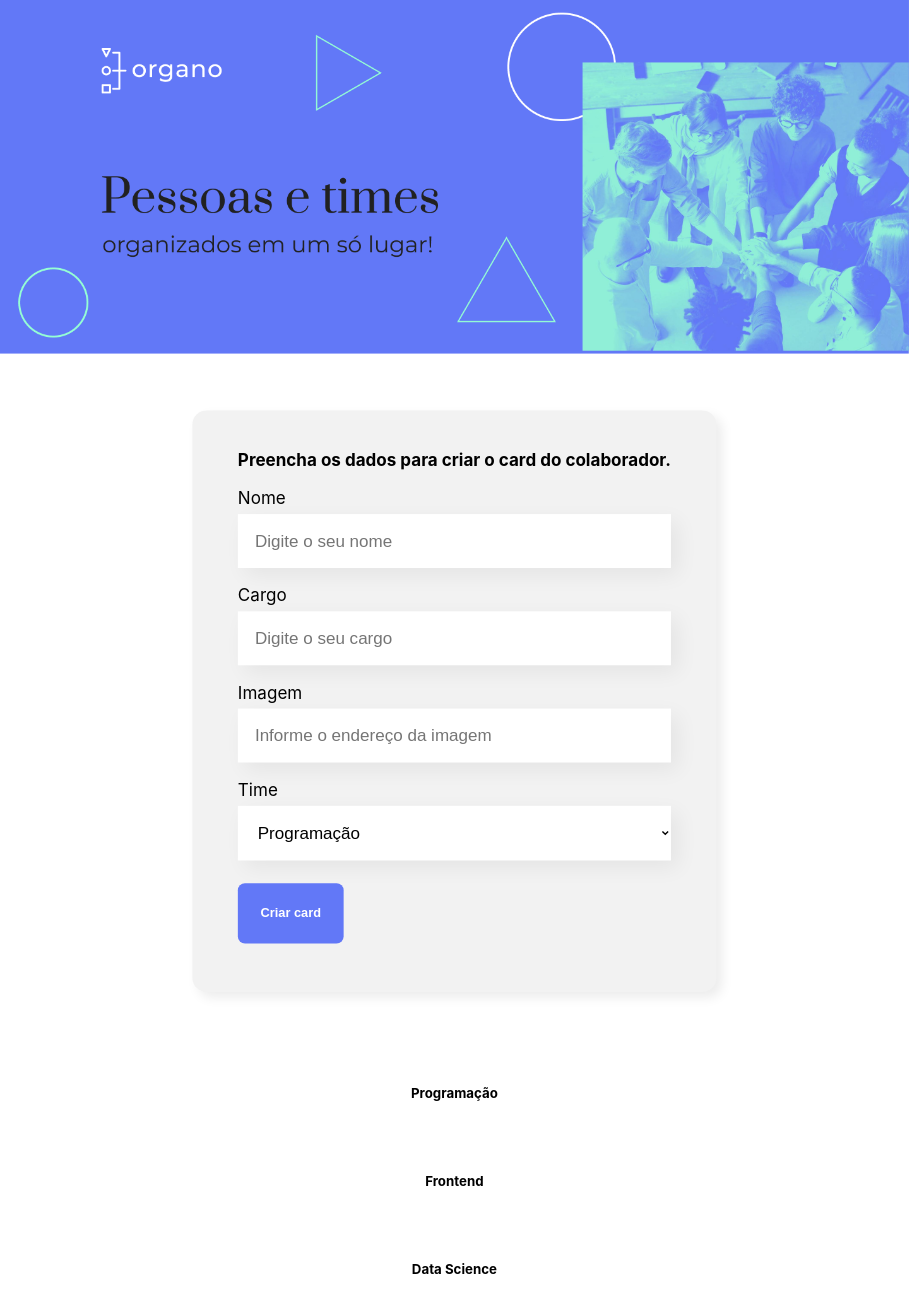
Repository: devMuriloOliveira/organo
Page: /
The author's editor kept a copy of each file at every save. The page is drawn from the files as they stood at one save, then again after the next save.
The browser window is 1280 px wide. The pictures show the whole page, at 71% of full size.
The project was rebuilt for these pictures with package versions that can differ from the ones it lists, and the page was loaded fresh each time.

Above is the page before, as saved 2023-01-13 15:02:39.

### src/App.js

import { useState } from 'react'
import Banner from './componentes/Banner/Banner'
import Formulario from './componentes/Formulario'
import Time from './componentes/Time'


function App() {

  const [colaboradores, setColaboradores] = useState([])

  const aoNovoColaboradorAdicionado = (colaborador) => {
    console.log(colaborador)
    setColaboradores([...colaboradores, colaborador])
  }

  return (
    <div className="App">
      <Banner/>
      <Formulario aoColaboradorCadastrado={colaborador => aoNovoColaboradorAdicionado(colaborador)} />
      <Time nome="Programação"/>
      <Time nome="Frontend"/>
      <Time nome="Data Science"/>



    </div>
  )
}

export default App

### src/componentes/Banner/Banner.js
import './Banner.css'

function Banner() {
  return (
    <header className="banner">
      <img src="/imagens/banner.png" alt="O banner principal da pagina Organo"/>
    </header>


    )

}

export default Banner

### src/componentes/Formulario/index.js
import { useState } from 'react'
import Botao from '../Botao'
import CampoTexto from '../CampoTexto'
import ListaSuspensa from '../ListaSuspensa'
import './Formulario.css'

const Formulario = (props) =>{

    const times = [
      'Programação',
      'Front-End',
      'Data Science',
      'Devops',
      'UX e Design',
      'Mobile',
      'Inovação e Gestão'
    ]

    const [nome, setNome] = useState('')
    const [cargo, setCargo] = useState('')
    const [imagem, setImagem] = useState('')
    const [time, setTime] = useState('')



    const aoSalvar = (evento) => {
      evento.preventDefault()
      props.aoColaboradorCadastrado({
        nome,
        cargo,
        imagem,
        time
      })
    }

  return(

    <section className='formulario'>
      <form onSubmit={aoSalvar}>
        <h2>Preencha os dados para criar o card do colaborador.</h2>
      <CampoTexto
      obrigatorio={true}
      label="Nome"
      placeholder="Digite o seu nome"
      valor={nome}
      aoAuterado={valor => setNome(valor)}/>

      <CampoTexto
      obrigatorio={true}
      label="Cargo"
      placeholder="Digite o seu cargo"
      valor={cargo}
      aoAuterado={valor => setCargo(valor)}/>

      <CampoTexto
       label="Imagem"
       placeholder="Informe o endereço da imagem"
       valor={imagem}
       aoAuterado={valor => setImagem(valor)}/>
      <ListaSuspensa
      obrigatorio={true}
      label="Time"
       itens={times}
       valor={time}
       aoAuterado={valor => setTime(valor)}/>
      <Botao>
        Criar card
      </Botao>
      </form>
    </section>
  )
}

export default Formulario

### src/componentes/Time/index.js
import './Time.css'

const Time = (props) => {
  return(
    <section className='time'>
      <h3>{props.nome}</h3>
    </section>
  )
}

export default Time

### src/componentes/Banner/Banner.css
.banner {
  background-color: #6278F7;
  text-align: center;
}

.banner img {
  max-width: 100%;
}

### src/componentes/Botao/index.js
import './Botao.css'

const Botao = (props) =>{
  return(
      <button className='botao'>
        {props.children}
      </button>
  )
}

export default Botao

### src/componentes/CampoTexto/index.js
import './CampoTexto.css'

const CampoTexto = (props) =>{



  const aiDigitado = (evento) =>{
  props.aoAuterado(evento.target.value)
}

  return(
    <div className="campo-texto">
      <label>{props.label}</label>
      <input value={props.valor} onChange={aiDigitado} required={props.obrigatorio} placeholder={props.placeholder}/>
    </div>
  )
}

export default CampoTexto

### src/componentes/ListaSuspensa/index.js
import './ListaSuspensa.css'

const ListaSuspensa = (props) => {
  return(
    <div className='lista-suspensa'>
        <label>{props.label}</label>
        <select onChange={evento => props.aoAuterado(evento.target.value)} required={props.required} value={props.value}>
          {props.itens.map(item => {
            return <option key={item}>{item}</option>
          })}
        </select>
    </div>
  )
}

export default ListaSuspensa

### src/componentes/Formulario/Formulario.css
.formulario {
  display: flex;
  justify-content: center;
  margin: 80px 0;
}

.formulario form {
  max-width: 80%;
  background-color: #f2f2f2;
  border-radius: 20px;
  padding: 36px 64px;
  box-shadow: 8px 8px 16px rgba(0, 0, 0, 0.08);
}

### src/componentes/Time/Time.css
.time {
  text-align: center;
  padding: 32px;
}

### src/componentes/Botao/Botao.css
.botao {
  background-color: #6278F7;
  border-radius: 10px;
  font-weight: 700;
  font-size: 18px;
  padding: 32px;
  border: none;
  cursor: pointer;
  color: #fff;
  margin: 32px 0;
}

.botao:hover {
  color: #95ffd4;
}

### src/componentes/CampoTexto/CampoTexto.css
.campo-texto {
  margin: 24px 0;
}

.campo-texto label {
  display: block;
  margin-bottom: 8px;
  font-size: 24px;
}

.campo-texto input {
  background-color: #fff;
  box-shadow: 10px 10px 30px rgba(0, 0, 0, 0.06);
  width: 100%;
  border: none;
  font-size: 24px;
  padding: 24px;
  box-sizing: border-box;
}

### src/componentes/ListaSuspensa/ListaSuspensa.css
.lista-suspensa label {
  display: block;
  margin-bottom: 8px;
  font-size: 24px;
}

.lista-suspensa select {
  background-color: #fff;
  box-shadow: 10px 10px 30px rgba(0, 0, 0, 0.06);
  width: 100%;
  border: none;
  font-size: 24px;
  padding: 24px;
  box-sizing: border-box;
}

Loaded but not shown: public/index.html (common file); src/index.js (common file); src/index.css (common file)

After the next save:
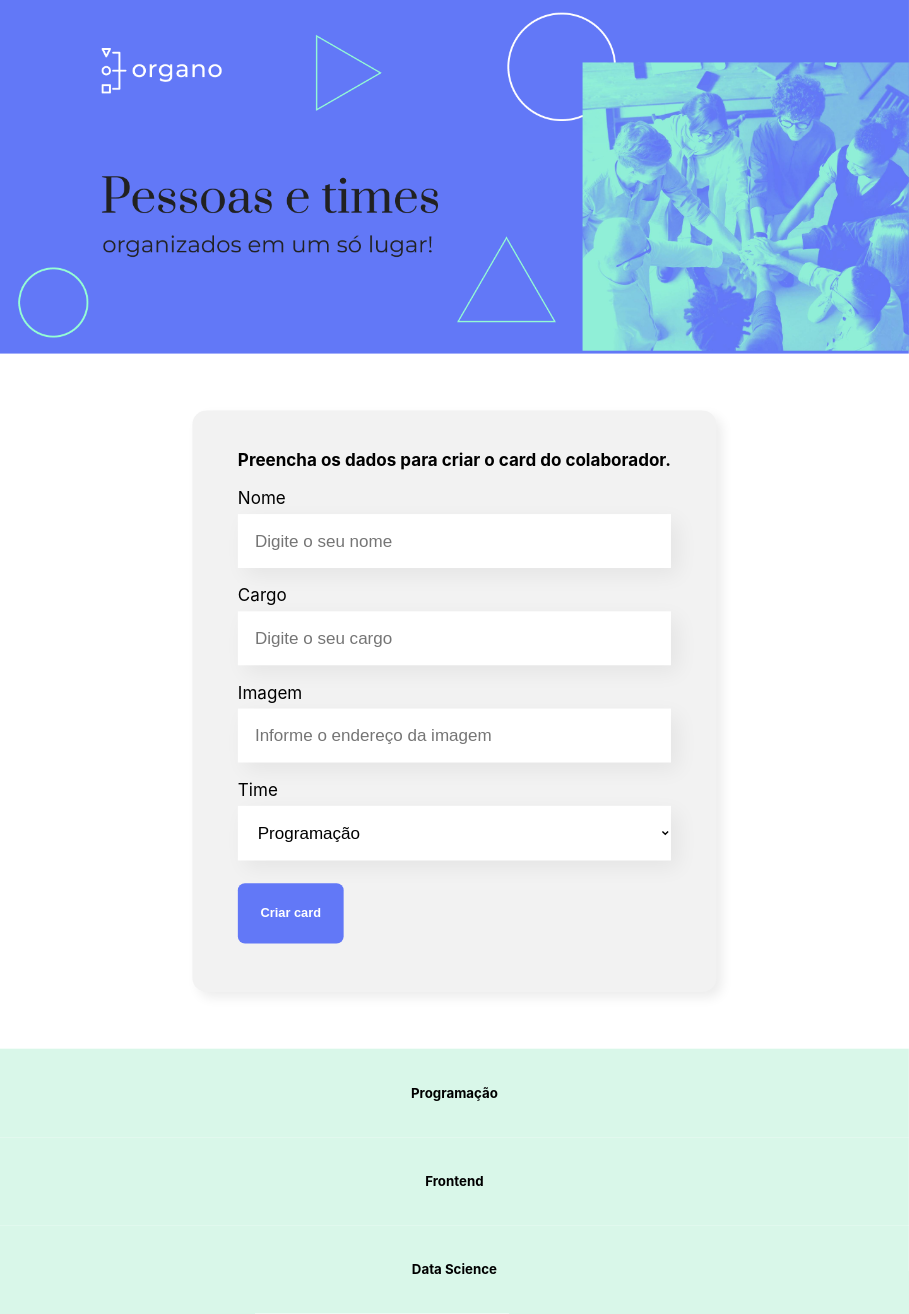
Saved 63 s later.
--- a/src/componentes/Time/Time.css
+++ b/src/componentes/Time/Time.css
@@ -1,4 +1,5 @@
 .time {
   text-align: center;
   padding: 32px;
+  background-color: #D9F7E9;
 }
